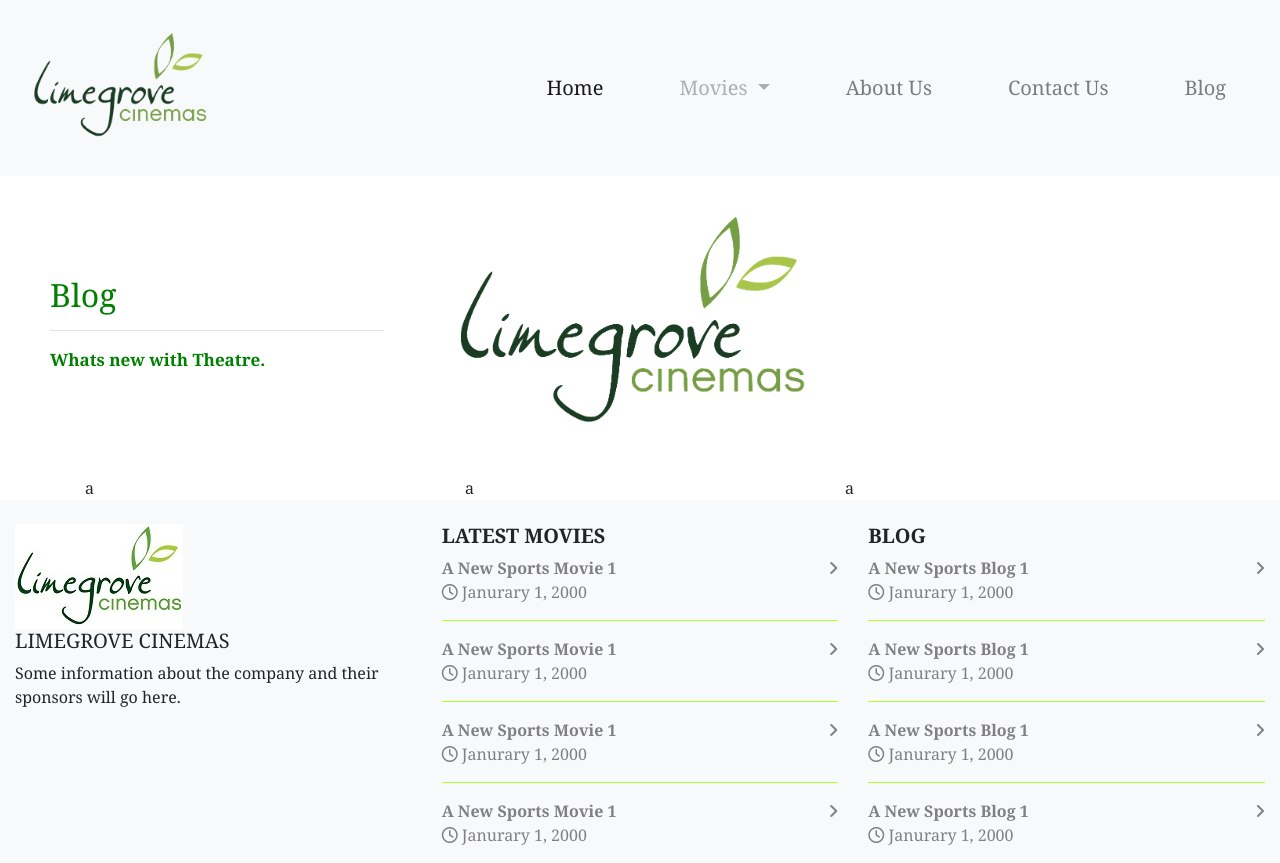
Repository: SimplyZacc/movie-web-template
Page: http://localhost/blog.php
An editor plug-in stored every save of this project. The page is shown before and after the next save, followed by the edit.
The browser window is 1280 px wide. The pictures show the whole page.
Some web libraries are served in a nearby version. The page is run by PHP 8.4 with error messages shown; the project is at /var/www/html/.

Above is the page before, as saved 2020-03-30 20:13:03.

### blog.php
<?php
//set page vars
$title = "Blog";
//include page header
include "templates/header.php";
?>

<div class="contact-head">
    <div class="contact-head-body">
        <h2>Blog</h2>
        <hr>
        <p>Whats new with Theatre.</p>
    </div>
</div>

<div class="container">
    <div class="row poster">
        <div class="col-sm-4">
        a
        </div>
        <div class="col-sm-4">
        a
        </div>
        <div class="col-sm-4">
        a
        </div>
    </div>
</div>

<?php include "templates/footer.php"; ?>

### templates/header.php
<?php
session_start();
?>
<!DOCTYPE html>
<html lang="en">

<head>
    <meta charset="UTF-8">
    <meta name="viewport" content="width=device-width, initial-scale=1.0">

    <title>
        <?php
        $default_header = "Limegrove Cinemas";
        if (isset($title)) {
            echo "Limegrove Cinemas - " . $title;
        } else {
            echo $default_header;
        }
        ?>
    </title>

    <!-- CSS -->
    <link rel="stylesheet" href="https://stackpath.bootstrapcdn.com/bootstrap/4.4.1/css/bootstrap.min.css" integrity="sha384-Vkoo8x4CGsO3+Hhxv8T/Q5PaXtkKtu6ug5TOeNV6gBiFeWPGFN9MuhOf23Q9Ifjh" crossorigin="anonymous">
    <link rel="stylesheet" href="assets/css/styles.css">
    <link rel="stylesheet" href="movie-web-template/assets/css/styles.css">

    <!-- JavaScript -->
    <script src="https://code.jquery.com/jquery-3.4.1.slim.min.js" integrity="sha384-J6qa4849blE2+poT4WnyKhv5vZF5SrPo0iEjwBvKU7imGFAV0wwj1yYfoRSJoZ+n" crossorigin="anonymous"></script>
    <script src="https://cdn.jsdelivr.net/npm/popper.js@1.16.0/dist/umd/popper.min.js" integrity="sha384-Q6E9RHvbIyZFJoft+2mJbHaEWldlvI9IOYy5n3zV9zzTtmI3UksdQRVvoxMfooAo" crossorigin="anonymous"></script>
    <script src="https://stackpath.bootstrapcdn.com/bootstrap/4.4.1/js/bootstrap.min.js" integrity="sha384-wfSDF2E50Y2D1uUdj0O3uMBJnjuUD4Ih7YwaYd1iqfktj0Uod8GCExl3Og8ifwB6" crossorigin="anonymous"></script>
    <script src="https://kit.fontawesome.com/e9662c41f5.js" crossorigin="anonymous"></script>

</head>

<body>

    <nav class="navbar navbar-expand-lg navbar-light bg-light">


        <div class="collapse navbar-collapse" id="navbarSupportedContent">
            <ul class="navbar-nav mr-auto">
                <a class="navbar-brand" href="index.php"><img src="assets/images/lgcgreenlogo.png" alt="Cinema Logo" style="width: auto;height: 150px"></a>
                <button class="navbar-toggler" type="button" data-toggle="collapse" data-target="#navbarSupportedContent" aria-controls="navbarSupportedContent" aria-expanded="false" aria-label="Toggle navigation">
                    <span class="navbar-toggler-icon"></span>
                </button>
            </ul>

            <ul class="navbar-nav navbar-right">

                <li class="nav-item active p-r-10">
                    <a class="nav-link" href="index.php">Home <span class="sr-only">(current)</span></a>
                </li>
                <li class="nav-item dropdown p-r-10">
                    <a class="nav-link dropdown-toggle disabled" href="#" id="navbarDropdown" role="button" data-toggle="dropdown" aria-haspopup="true" aria-expanded="false">
                        Movies
                    </a>
                    <div class="dropdown-menu" aria-labelledby="navbarDropdown">
                        <a class="dropdown-item" href="#">Recently Added</a>
                        <a class="dropdown-item" href="#">Popular</a>
                        <a class="dropdown-item" href="#">Soon Added</a>
                    </div>
                </li>

                <li class="nav-item ">
                    <a class="nav-link" href="aboutus.php">About Us</a>
                </li>

                <li class="nav-item p-r-10">
                    <a class="nav-link" href="contactus.php">Contact Us</a>
                </li>

                <li class="nav-item p-r-10">
                    <a class="nav-link" href="blog.php">Blog</a>
                </li>
            </ul>

        </div>
    </nav>

### templates/footer.php
<footer class="page-footer font-small pt-4 bg-light">

    <div class="container-fluid text-center text-md-left">

        <div class="row">

            <div class="col-md-4 mt-md-0 mt-3">

                <img src="assets/images/logo.jpg" alt="">
                <h5 class="text-uppercase">Limegrove Cinemas</h5>
                <p style="height: 100px">Some information about the company and their sponsors will go here.</p>

            </div>

            <hr class="clearfix w-100 d-md-none pb-3">

            <div class="col-md-4 mb-md-0 mb-3">

                <h5 class="text-uppercase bold">Latest Movies</h5>

                <ul class="list-unstyled grey">
                    <li>
                        <a href="#" class="footer-link">A New Sports Movie 1 <span style="float: right"><i class="fas fa-angle-right"></i></span></a>
                        <br>
                        <p><i class="far fa-clock"></i> Janurary 1, 2000</p>
                    </li>
                    <hr style="border-color: greenyellow;">
                    <li>
                        <a href="#" class="footer-link">A New Sports Movie 1 <span style="float: right"><i class="fas fa-angle-right"></i></span></a>
                        <br>
                        <p><i class="far fa-clock"></i> Janurary 1, 2000</p>
                    </li>
                    <hr style="border-color: greenyellow;">
                    <li>
                        <a href="#" class="footer-link">A New Sports Movie 1 <span style="float: right"><i class="fas fa-angle-right"></i></span></a>
                        <br>
                        <p><i class="far fa-clock"></i> Janurary 1, 2000</p>
                    </li>
                    <hr style="border-color: greenyellow;">
                    <li>
                        <a href="#" class="footer-link">A New Sports Movie 1 <span style="float: right"><i class="fas fa-angle-right"></i></span></a>
                        <br>
                        <p><i class="far fa-clock"></i> Janurary 1, 2000</p>
                    </li>
                </ul>

            </div>

            <hr class="clearfix w-100 d-md-none pb-3">

            <div class="col-md-4 mb-md-0 mb-3">

                <h5 class="text-uppercase bold">Blog</h5>

                <ul class="list-unstyled grey">
                    <li>
                        <a href="#" class="footer-link">A New Sports Blog 1 <span style="float: right"><i class="fas fa-angle-right"></i></span></a>
                        <br>
                        <p><i class="far fa-clock"></i> Janurary 1, 2000</p>
                    </li>
                    <hr style="border-color: greenyellow;">
                    <li>
                        <a href="#" class="footer-link">A New Sports Blog 1 <span style="float: right"><i class="fas fa-angle-right"></i></span></a>
                        <br>
                        <p><i class="far fa-clock"></i> Janurary 1, 2000</p>
                    </li>
                    <hr style="border-color: greenyellow;">
                    <li>
                        <a href="#" class="footer-link">A New Sports Blog 1 <span style="float: right"><i class="fas fa-angle-right"></i></span></a>
                        <br>
                        <p><i class="far fa-clock"></i> Janurary 1, 2000</p>
                    </li>
                    <hr style="border-color: greenyellow;">
                    <li>
                        <a href="#" class="footer-link">A New Sports Blog 1 <span style="float: right"><i class="fas fa-angle-right"></i></span></a>
                        <br>
                        <p><i class="far fa-clock"></i> Janurary 1, 2000</p>
                    </li>
                </ul>

            </div>

        </div>

    </div>

</footer>

</body>
</html>

### assets/css/styles.css
*{
    font-family: Cambria, Cochin, Georgia, Times, 'Times New Roman', serif;
}

.bold{
    font-weight: bold;
}

.center{
    text-align: center;
}

.hr{
    border-color: whitesmoke;
}

.grey{
    color: grey;
}

.footer-link{
    font-weight: bold;
    text-decoration: none;
    color: grey;
}

.footer-link:hover{
    text-decoration: none;
    color: #13df13;
    transition-duration: 0.5s;
}

.navbar-nav > li{
    padding-left:30px;
    padding-right:30px;
    font-size: 20px;
}

/****************************************** Contact Us Page ******************************************/

.contact-head{
    height: 300px;
    width: 100%;
    background-image: url('/assets/images/lgcgreenlogo.png');
    background-position-x: center;
    background-repeat: no-repeat;
    background-size: contain;
}

.contact-head-body{
    font-weight: bold;
    font-size: 17px;
    color: green;
    width: 30%;
    padding-left: 50px;
    padding-top: 100px;
}

.contact-body{
    height: 700px;
    background-color: rgb(241, 241, 241);
}

.contact-body-sub{
    width: 90%;
    margin-left: auto;
    margin-right: auto;
}

.contact-right{
    float: right;
    width: 35%;
}

.contact-left{
    float: left;
    width: 65%;
}

.contact-card{
    margin-top: 30px;
}

.contact-form-info{
    margin-top: 30px;
    background-color: white;
    width: 80%;
}


.contact-form-info2{
    padding-left: 30px;
}

.contact-form-text{
    padding-top: 10px;
}

.contact-form-button{
    margin-top: 20px;
    margin-bottom: 30px;
}

.contact-form-input{
    width: 80%;
    border: none;
    outline: none;
    border-bottom: 2px solid grey;
    background-color: transparent;
    cursor: default;
}

.contact-form-input:hover{
    border-bottom: 2px solid #13df13;
    transition-duration: 0.5s;
}

.contact-form-textbox{
    width: 80%;
    height: 200px;
    border: none;
    outline: none;
    border-bottom: 2px solid grey;
    background-color: transparent;
    cursor: default;
}

.contact-form-textbox:hover{
    border-bottom: 2px solid #13df13;
    transition-duration: 0.5s;
}


/****************************************** About Us Page ******************************************/

.about-body-inside{
    width: 80%;
    margin-left: auto;
    margin-right: auto;
}


/****************************************** Blog Page ******************************************/

After the next save:
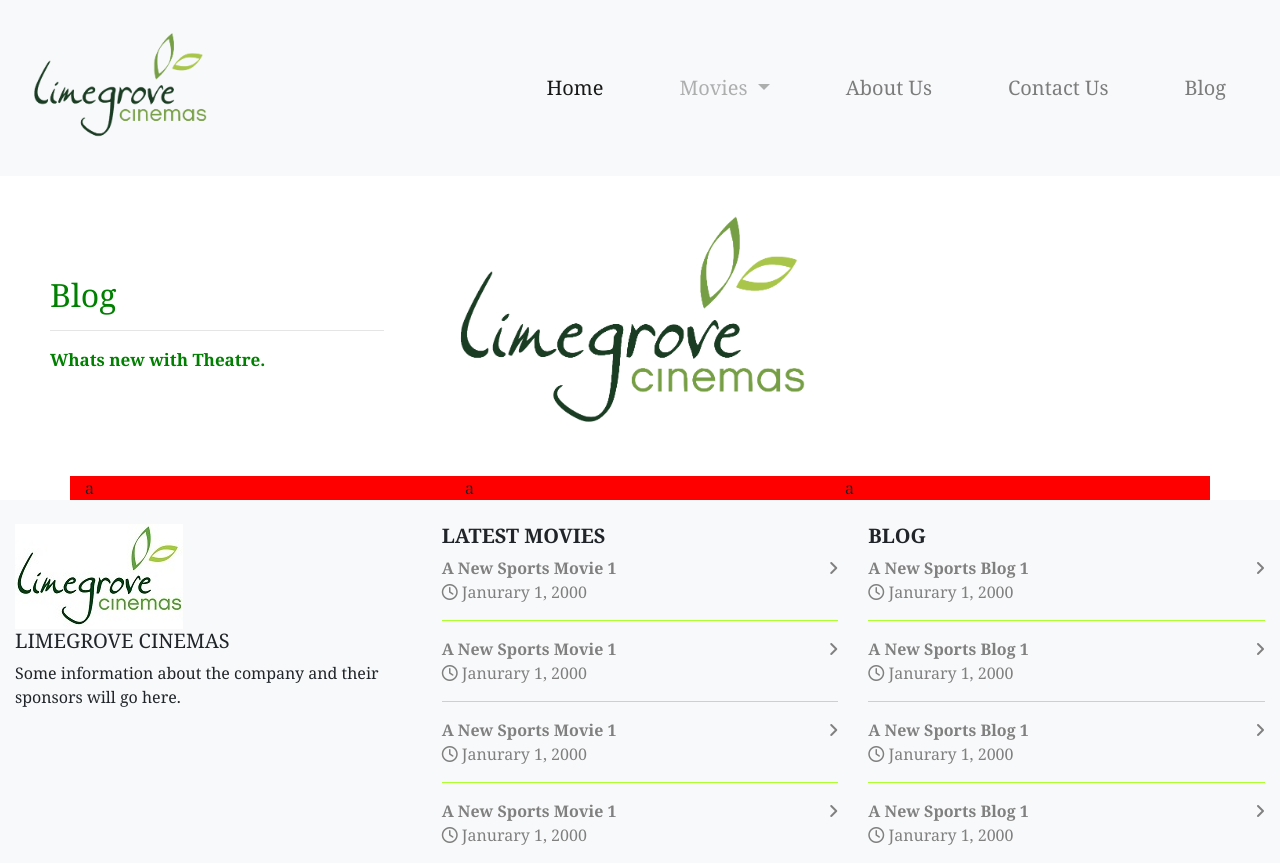
Saved 14 s later.
--- a/assets/css/styles.css
+++ b/assets/css/styles.css
@@ -141,3 +141,7 @@
 
 
 /****************************************** Blog Page ******************************************/
+
+.poster{
+    background-color: red;
+}
